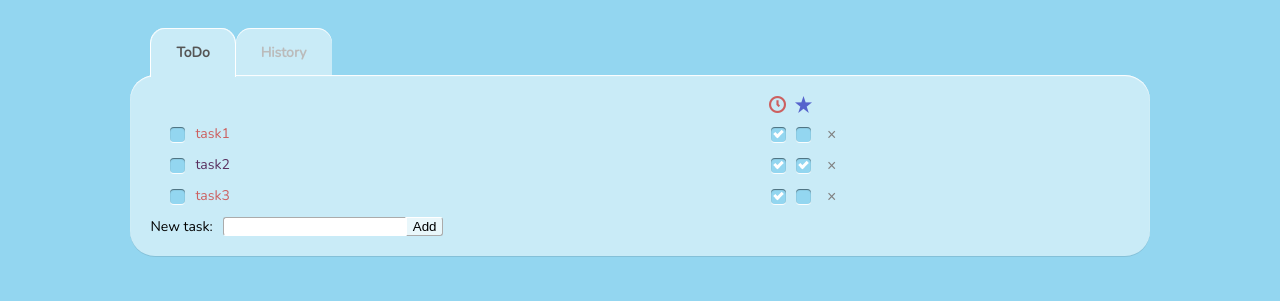
Repository: naurlaunim/toDoList
Page: /
The author's editor kept a copy of each file at every save. The page is drawn from the files as they stood at one save, then again after the next save.
The browser window is 1280 px wide. The pictures show the whole page.
Some web fonts or font styles are not loaded; a fallback is used. The project was rebuilt for these pictures with package versions that can differ from the ones it lists, and the page was loaded fresh each time. Also part of the build but not shown: webpack.config.js.

Above is the page before, as saved 2018-03-01 19:59:21.

### public/index.html
<!DOCTYPE html>
<html lang="en">

<head>
  <meta charset="utf-8">
  <meta name="viewport" content="width=device-width, initial-scale=1, shrink-to-fit=no">
  <meta name="theme-color" content="#000000">
  <!--
      manifest.json provides metadata used when your web app is added to the
      homescreen on Android. See https://developers.google.com/web/fundamentals/engage-and-retain/web-app-manifest/
    -->
  <link rel="manifest" href="./manifest.json">
  <link rel="shortcut icon" href="./favicon.ico">
  <link href="https://fonts.googleapis.com/css?family=Aldrich|Nunito" rel="stylesheet">
  <link href="font/css/open-iconic.css" rel="stylesheet">
  <!--
      Notice the use of %PUBLIC_URL% in the tags above.
      It will be replaced with the URL of the `public` folder during the build.
      Only files inside the `public` folder can be referenced from the HTML.

      Unlike "/favicon.ico" or "favicon.ico", "%PUBLIC_URL%/favicon.ico" will
      work correctly both with client-side routing and a non-root public URL.
      Learn how to configure a non-root public URL by running `npm run build`.
    -->
  <title>React App</title>
</head>

<body>
  <noscript>
    You need to enable JavaScript to run this app.
  </noscript>
  <div id="root"></div>
  <script src="./bundle.app.js"></script>
  <!--
      This HTML file is a template.
      If you open it directly in the browser, you will see an empty page.

      You can add webfonts, meta tags, or analytics to this file.
      The build step will place the bundled scripts into the <body> tag.

      To begin the development, run `npm start` or `yarn start`.
      To create a production bundle, use `npm run build` or `yarn build`.
    -->
</body>

</html>

### src/index.js
import React from 'react';
import ReactDOM from 'react-dom';

import './scss/style.scss';

import App from './App';

ReactDOM.render(<App />, document.getElementById('root'));

### src/scss/style.scss
$background: #93D6F0;
$wrapper: #c9ebf7;

body {
	font-size: 14px; /* px means 'pixels': the base font size is now 10 pixels high  */
	font-family: 'Nunito', sans-serif;
	background-color: $background;
	padding: 20px 20px;
}
button {
	&:focus {
		outline: 0;
	}
}
.wrapper {
  // word-break: break-all;
	width: 80%;
	margin: 0 auto;
	background-color: $wrapper;
	padding: 10px 20px 20px 20px;
  // border: 1px solid white;
	border-radius: 25px;
	box-shadow: inset 0px 1px 1px rgba(255,255,255,1), 0px 1px 0px rgba(0,0,0,0.1);
	position: relative;
	z-index: 1;
}
div.taskslist {
  // border: 1px solid white;
	margin-top: 10px;
	margin-bottom: 10px;
/*   margin-left: 10px; */
}
div.header {
  // border: 1px solid white;
	padding-left: 60%;
	margin-left: 30px;
}
.ur {
	color: #CC6060;
}
.im {
	color: #5663CC;
}
.ur.im {
	color: #5A2F5F;
}

div.row {
/*   margin - around, padding - inside */
  // height: 20px;
  // border: 1px solid white;
	margin-left: 10px;
	padding-left: 10px;
  // padding-top: 10px;
	margin-bottom: 10px;
	vertical-align: centred;
}
.status {
	float: left;
	display: inline-block;
/*   margin: 20px 0 0 20px ; */
}
div.task {
	display: inline-block;
	width: 60%;
/*   padding: 20px 20px 20px 20px; */
}
div.buttons {
	vertical-align: top;
	display: inline-block;
/*   padding: 20px ; */

}

.sortbutton{
	display: inline-block;
	position: relative;
	font-size: 17px;
	padding: 1px;
	padding-bottom: 4px;
/*   color: white; */
	background-color: transparent;
	border: none;
	width: 24px;
	height: 24px;
	cursor: pointer;
}
button.delete {
	background-color: transparent;
	border: none;
	cursor: pointer;
	font-family: 'Aldrich', sans-serif;
	font-size: 16px;
	color: grey;
/*   position: absolute; */
/*   right: 30%  */
}
input.newTask {
	margin: 0px 0px 0px 10px
}

.squaredThree {
  // float: left;
	display: inline-block;
	width: 20px;
	position: relative;
	margin-right: 5px;
  // margin: 10px auto;
  label {
    width: 15px;
    height: 15px;
    cursor: pointer;
    position: absolute;
    top: 3px;
    left: 0;
    background-color: $background;
    //background: linear-gradient(top, #222 0%, #45484d 100%);
    border-radius: 4px;
    box-shadow: inset 0px 1px 1px rgba(0,0,0,0.5), 0px 1px 0px rgba(255,255,255,.9);
    &:after {
      content: '';
      width: 6px;
      height: 3px;
      position: absolute;
      top: 3px;
      left: 3px;
      border: 3px solid white;
      border-top: none;
      border-right: none;
      background: transparent;
      opacity: 0;
      transform: rotate(-45deg);
    }
    &:hover::after {
      opacity: 0.3;
    }
  }
  input[type=checkbox] {
    visibility: hidden;
    &:checked + label:after {
      opacity: 1;
    }
  }
}

section {
	display: inline-block;
}


.done {
	color: #555;
	padding-right: 10px;
}



.o1 {
	//transition: all ease 0.8s;
	transition-property: all;
	transition-duration: 8s;
	transition-timing-function: ease;
}
.o2 {
	opacity: 0.01;
	color: #150A18;
}

input[type=text] {
	border-top-left-radius: 3px;
	border-bottom-left-radius: 3px;
	border: 1px inset white;
	outline: none;
}
input[type=submit] {
	border-top-right-radius: 3px;
	border-bottom-right-radius: 3px;
	background-color: hsla(0, 2%, 100%, 0.60);
	border: 1px outset white;
	outline: none;
}

.tabs {
	// background: white;
	margin-left: 10%;
	// border-bottom: 1px solid $background;
	// border-radius: 25px;
	// padding-left: 20px;

	input[type=radio] {
		display: none;
	}
	label {
		position: relative;
		display: inline-block;
		margin: 0 0 -2px;
		padding: 15px 25px;
		font-weight: 600;
		text-align: center;
		color: #bbb;
		// border: 1px solid white;
		background-color: $wrapper;
		border-top-right-radius: 15px;
		border-top-left-radius: 15px;
		box-shadow: inset  0px 1px 0px rgba(255,255,255,.9);
		z-index: 0;
	}


	label:hover {
		color: #888;
		cursor: pointer;
	}

	input:checked + label {
		color: #555;
		// border: 1px solid #ddd;
		// border-top: 2px solid orange;
		border-right: 1px solid white;
		border-left: 1px solid white;
		z-index: 2;

		// border-bottom: 1px solid transparent;
	}
}

### src/App.js
import React, { Component } from 'react';

import { Header, Buttons, Status, Tabs } from "./components";
import { sortByPropertyName, names } from './utils';

class ToDoList extends Component {
	constructor(props) {
		super(props);

		const tasks = [
			{ 'text': 'task1', 'im': false, 'ur': true },
			{ 'text': 'task2', 'im': true, 'ur': true },
			{ 'text': 'task3', 'im': false, 'ur': true }
		];

		this.state = {
			showHistory: false,
			value: '',
			history: [],
			tasks
		};
	}

	handleCheck = (event) => {
		const name = event.target.name.substring(0, event.target.name.length - 2);
		const type = event.target.value;
		const prevTask = this.state.tasks.find(t => t.text === name);
		const task = {
			...prevTask,
			[type]: !prevTask[type]
		}

		if (!task.im && !task.ur) {
			this.autodel(task);
		}

		const tasks = this.state.tasks.map(t => t.text === name ? task : t)

		this.setState({ tasks })
	}

	handleDone = (event) => {
		const name = event.target.name.substring(0, event.target.name.length - 4);
		const task = this.state.tasks.find(t => t.text === name);
		const date = new Date().toLocaleString()
		const { history } = this.state
		this.setState({
			history: history.concat(Object.assign({}, task, {date: date}))
		})
		this.delByName(name)
	}

	handleDelete = (e) => {
		this.delByName(e.target.name)
	}

	autodel = (task) => {
		task['o1'] = reasonList[Math.floor(Math.random() * 8)];

		setTimeout(() => {
			const newTask = this.state.tasks.find(t => t.text === task.text);
			if (newTask && !newTask.im && !newTask.ur) {
				this.delByName(task['text'])
			}
		}, 8000)
	}

	delByName = (name) => {
		const tasks = this.state.tasks.filter(task => task.text !== name);

		this.setState({ tasks })
	}

	handleChange = (event) => {
		this.setState({ value: event.target.value });
	}

	handleSubmit = (event) => {
		event.preventDefault();

		const { tasks } = this.state;
		const taskExists = tasks.filter(task => task.text === this.state.value).length !== 0;

		if (!taskExists && this.state.value.length !== 0) {
			this.setState({
				tasks: tasks.concat({
					'text': this.state.value,
					im: true,
					ur: false
				})
			})
		}
	}

	handleSort = (event) => {
		const tasks = this.state.tasks.sort(sortByPropertyName(event.target.id, (a, b) =>
			a === b ? 0 : b ? 1 : -1
		))

		this.setState({ tasks })
	}

	getList = () => {
		if (this.state.showHistory) return this.state.history;

		return this.state.tasks;
	}

	handleTab = (event) => {
		console.log(1)
		event.target.id == 'tab2'
		?	this.setState({showHistory: true})
		:	this.setState({showHistory: false})
	}


	render() {
		return (
			<div>
				<Tabs handleTab = {this.handleTab}/>
				<div className='wrapper'>
					<div className='taskslist'>
						<Header handleSort={this.handleSort} />
						{
							this.getList().map(task =>
								<div className='row' key={task.text.toString()} id={task.text.toString()}>
									{!this.state.showHistory
									?	<Status task={task} handleDone={this.handleDone} />
									:	<span className="oi done" data-glyph="task" title="done" aria-hidden="true"></span>
									}
									<div className={names("task", task.ur && "ur", task.im && "im")}>
										{
											!task.ur && !task.im
												? (
													<div className='o1 o2'>
														<s>{task.text} </s>
														<div> <i>{task.o1} </i></div>
													</div>
												)
												: <div className='o1'> {task.text} </div>
										}
									</div>
									{this.state.showHistory
									?	<div className = 'buttons'>{task.date}</div>
									:	<Buttons task={task}
											handleCheck={this.handleCheck}
											handleDelete={this.handleDelete}
											showHistory = {this.state.showHistory}
										/>
									}
								</div>
							)
						}
					</div>

					<form onSubmit={this.handleSubmit}>
						<label>
							New task:
							<input type="text" value={this.state.value} onChange={this.handleChange} className='newTask' />
						</label>
						<input type="submit" value="Add" />
					</form>
				</div>
			</div>
		);
	}
}


const reasonList = ['Are you sure that you have so much time?', 'Life is too short for this.', 'Do you have no other things to spend your life on them?', 'If I were you, I\'d rather play games.', 'How about watching the new sitcom instead?', 'Can it is better just to sleep?', 'This is not the best idea.', 'You\'re already pretty busy.']


export default ToDoList;

### src/components.js
import React from 'react';

const IconButton = (props) => (
    <span id={props.id}
        className={`oi ${props.id} sortbutton`}
        data-glyph={props.glyph}
        title={props.title}
        aria-hidden="true"
        onClick={props.onClick}
    />
)


export const Header = ({ handleSort }) => (
    <div className='header'>
        <IconButton id="ur" glyph="clock" title = "sort by urgency" onClick={handleSort} />
        <IconButton id="im" glyph="star" title = "sort by importance" onClick={handleSort} />
    </div>
)


const Checkbox = ({ title, value, name, status, handleCheck }) => (
    <section title = {title}>
        <div className="squaredThree">
            <input type='checkbox'
                defaultChecked={status}
                id={name.toString() + value}
                value={value} name={name.toString() + value}
                onChange={handleCheck}
            />
            <label htmlFor={name.toString() + value} />
        </div>
    </section>
)

export const Buttons = ({ task, handleCheck, handleDelete }) => (
    <div className="buttons">
        <Checkbox title = "urgent" value="ur" name={task.text} status={task.ur} handleCheck={handleCheck} />
        <Checkbox title = "important" value="im" name={task.text} status={task.im} handleCheck={handleCheck} />

        <button className='delete'
            name={task.text.toString()}
            onClick={handleDelete}
            children="×"
        />
    </div>
)

export const Status = ({ task, handleDone }) => (
    <div className="status">
        <Checkbox title = "done" value = "done" name = {task.text}  status = {false} handleCheck = {handleDone} />
    </div>
)

export const Tabs = ({ handleTab }) => (
    <div className = 'tabs'>
		<input id="tab1" type="radio" name="tabs" onClick = {handleTab} defaultChecked = 'true' />
		<label htmlFor="tab1">ToDo</label>
		<input id="tab2" type="radio" name="tabs" onClick = {handleTab} />
  		<label htmlFor="tab2">History</label>
	</div>
)

### src/utils.js

export const sortByPropertyName = (name, compFn) => (a, b) => (
    compFn(a[name], b[name])
);

export const names = (...args) => args.filter(v => !!v).join(" ");

Loaded but not shown: public/font/css/open-iconic.css (common file)

After the next save:
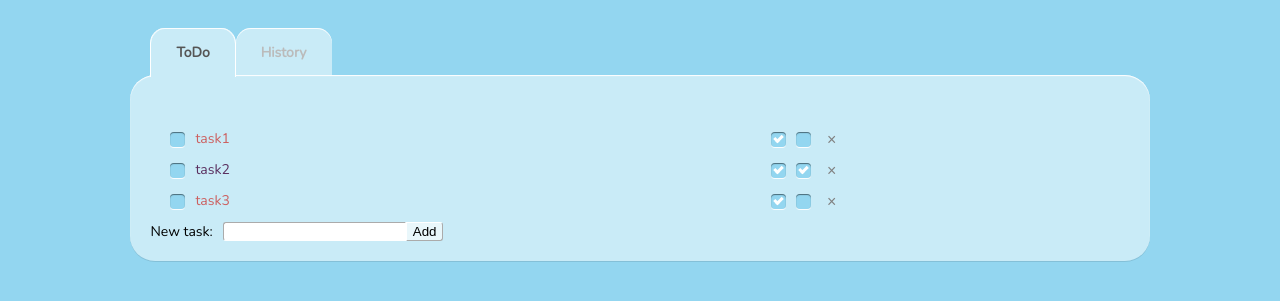
Saved 4 min 34 s later.
--- a/src/App.js
+++ b/src/App.js
@@ -107,7 +107,6 @@ class ToDoList extends Component {
 	}
 
 	handleTab = (event) => {
-		console.log(1)
 		event.target.id == 'tab2'
 		?	this.setState({showHistory: true})
 		:	this.setState({showHistory: false})
--- a/src/components.js
+++ b/src/components.js
@@ -2,7 +2,7 @@
 
 const IconButton = (props) => (
     <span id={props.id}
-        className={`oi ${props.id} sortbutton`}
+        className={`${props.id} sortbutton`}
         data-glyph={props.glyph}
         title={props.title}
         aria-hidden="true"

After the 2 saves that followed:
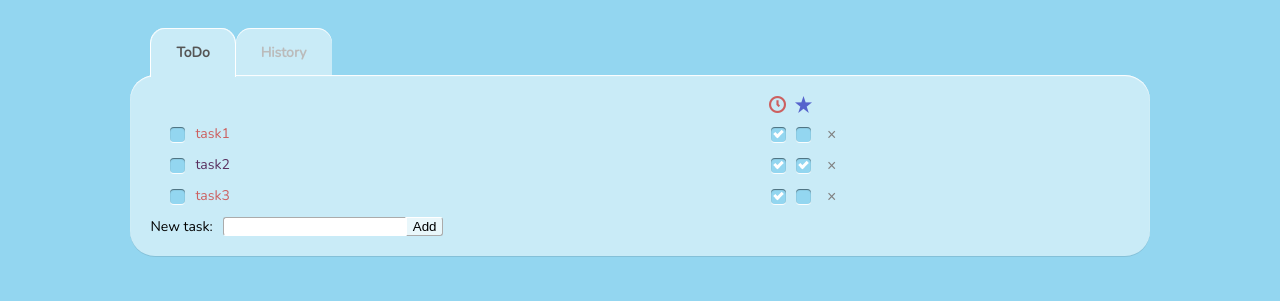
The 2 saves are shown as one change because 1 left the picture as it was.
The last was saved 34 s later.
--- a/src/components.js
+++ b/src/components.js
@@ -2,7 +2,7 @@
 
 const IconButton = (props) => (
     <span id={props.id}
-        className={`${props.id} sortbutton`}
+        className={`oi ${props.id} sortbutton`}
         data-glyph={props.glyph}
         title={props.title}
         aria-hidden="true"
